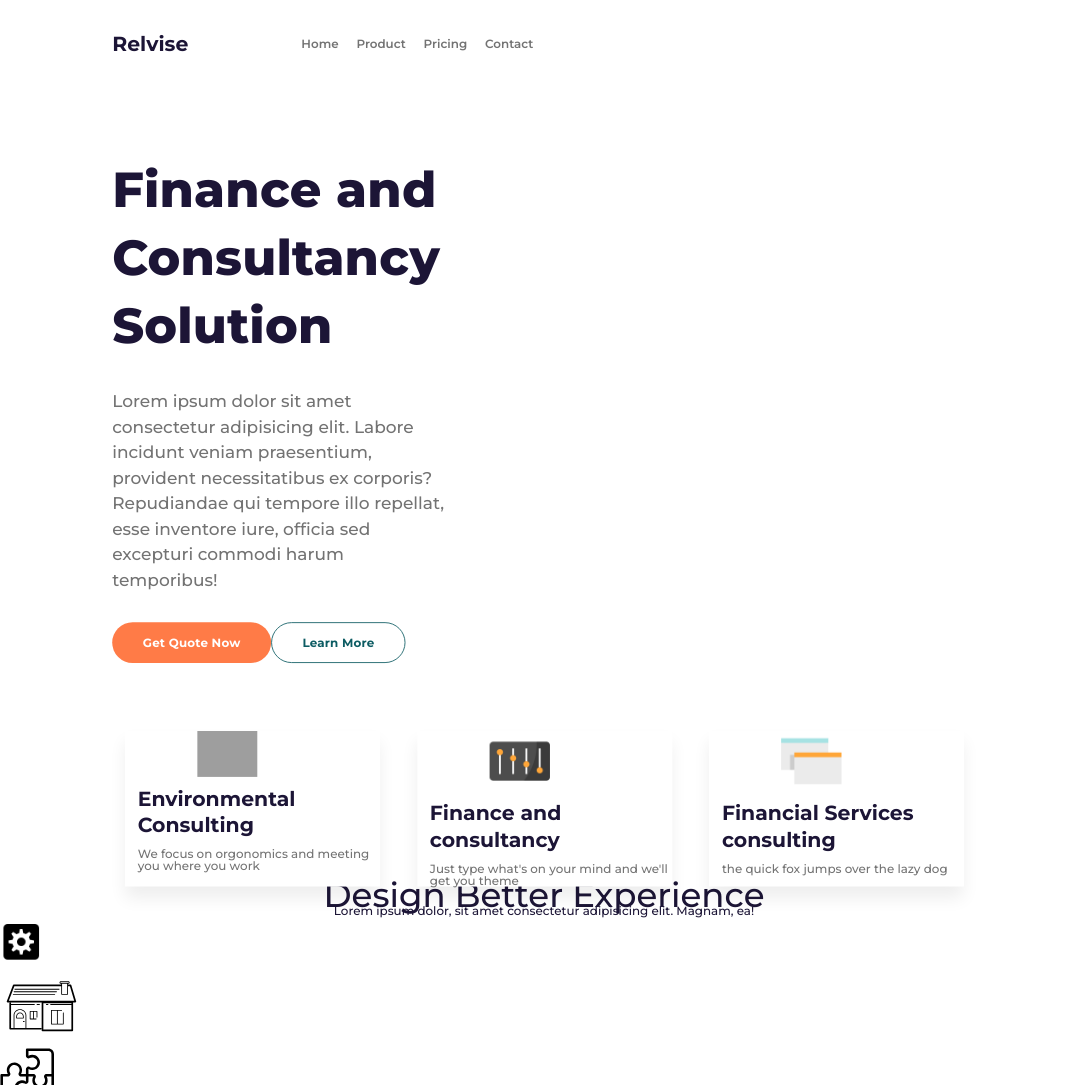
Repository: usalokiN/simple-project
Page: index.html
These files come from the project's save history. The page is drawn as it stood at one moment and after the next save; the edit follows.
The browser window is 1280 px wide. The pictures show the part of the page from y = 0 to 1277 px (the page is 1597 px tall), at 85% of full size.
Pictures or frames that could not be fetched are drawn as grey boxes. A picture or video elsewhere on the page could not be fetched, so the positions and the page height are approximate.

Above is the page before, as saved 2022-01-17 13:37:33.

### index.html
<!DOCTYPE html>
<html lang="en">

<head>
    <meta charset="UTF-8">
    <meta http-equiv="X-UA-Compatible" content="IE=edge">
    <meta name="viewport" content="width=device-width, initial-scale=1.0">
    <link rel="stylesheet" href="https://fonts.googleapis.com/css?family=Montserrat:regular,500,600,700,800&display=swap">
    <link rel="stylesheet" href="css/style.css">
    <meta author="NikoDyachenko">
    <title>Simple project</title>


</head>

<body>
    <div class="wrapper">
        <header class="header">
            <div class="header__container _container">
                <a href="" class="header__logo">
                    Relvise
                </a>
                <nav class="header__menu menu">
                    <ul class="menu__list">
                        <li class="menu__item">
                            <a href="" class="menu__link">Home</a>
                        </li>
                        <li class="menu__item">
                            <a href="" class="menu__link">Product</a>
                        </li>
                        <li class="menu__item">
                            <a href="" class="menu__link">Pricing</a>
                        </li>
                        <li class="menu__item">
                            <a href="" class="menu__link">Contact</a>
                        </li>
                    </ul>
                </nav>
            </div>
    </div>
    </header>
    <main class="page">
        <div class="page__main-block main-block">
            <div class="main-block_containter _container">
                <div class="main-block__body">
                    <h1 class="main-block__title">Finance and Consultancy Solution</h1>
                    <div class="main-block__text">Lorem ipsum dolor sit amet consectetur adipisicing elit. Labore incidunt veniam praesentium, provident necessitatibus ex corporis? Repudiandae qui tempore illo repellat, esse inventore iure, officia sed excepturi commodi harum temporibus!

                    </div>
                    <div class="main-block__buttons">
                        <a href="" class="main-block__button main-block__button_orange">Get Quote Now</a>
                        <a href="" class="main-block__button main-block__button_border">Learn More</a>

                    </div>
                </div>
            </div>
        </div>
        <div class="main-block__image">
            <!-- <img src="" alt="cover"> -->
        </div>
        <section class="page__services services">
            <div class="services__conateiner _container">
                <div class="services__body">
                    <div class="services__column">
                        <div class="services__item item-service">
                            <div class="item-service__icon"><img src="img/icon-block1.png" alt="Environmental Consulting"></div>
                            <div class="item-service__title">Environmental Consulting</div>
                            <div class="item-service__text">We focus on orgonomics and meeting you where you work</div>

                        </div>
                    </div>
                    <div class="services__column">
                        <div class="services__item item-service">
                            <div class="item-service__icon"><img src="img/icon-block2.png" alt="Environmental Consulting"></div>
                            <div class="item-service__title">Finance and consultancy</div>
                            <div class="item-service__text">Just type what's on your mind and we'll get you theme</div>

                        </div>
                    </div>
                    <div class="services__column">
                        <div class="services__item item-service item-service__third-block">
                            <div class="item-service__icon"><img src="img/icon-block3.png" alt="Environmental Consulting"></div>
                            <div class="item-service__title">Financial Services consulting</div>
                            <div class="item-service__text">the quick fox jumps over the lazy dog</div>

                        </div>
                    </div>
                </div>
            </div>
        </section>
        <section class="page__advantages advantages">
            <div class="advantages__container _container">
                <div class="advantages__header header-block">
                    <h2 class="header-block__title">Design Better Experience</h2>
                    <div class="header-block__sub-title">Lorem ipsum dolor, sit amet consectetur adipisicing elit. Magnam, ea!</div>

                </div>
            </div>
            <div class="advantages__body">
                <div class="advantages__column">
                    <div class="advantages__item">
                        <div class="advatages__icon"><img src="img/icons8-автоматический-50.png" alt=""></div>
                        <div class="advatages__value"></div>
                        <div class="advatages__text"></div>


                    </div>
                </div>
            </div>
            <div class="advantages__body">
                <div class="advantages__column">
                    <div class="advantages__item">
                        <div class="advatages__icon"><img src="img/icons8-главная.svg" alt=""></div>
                        <div class="advatages__value"></div>
                        <div class="advatages__text"></div>


                    </div>
                </div>
            </div>
            <div class="advantages__body">
                <div class="advantages__column">
                    <div class="advantages__item">
                        <div class="advatages__icon"><img src="img/icons8-головоломка.svg" alt=""></div>
                        <div class="advatages__value"></div>
                        <div class="advatages__text"></div>


                    </div>
                </div>
            </div>
            <div class="advantages__body">
                <div class="advantages__column">
                    <div class="advantages__item">
                        <div class="advatages__icon"><img src="img/icons8-звезда-50.png" alt=""></div>
                        <div class="advatages__value"></div>
                        <div class="advatages__text"></div>


                    </div>
                </div>
            </div>

        </section>
    </main>
    <footer class="footer "></footer>
    </div>
</body>

</html>

### css/style.css
                    *,
                     ::before,
                     ::after {
                        padding: 0;
                        margin: 0;
                        bottom: 0;
                        box-sizing: border-box;
                    }

                    a {
                        text-decoration: none;
                    }

                    ul,
                    ol,
                    li {
                        list-style: none;
                    }

                    img {
                        vertical-align: top;
                    }

                    h1,
                    h2,
                    h3,
                    h4,
                    h5,
                    h6 {
                        font-weight: inherit;
                        font-style: inherit;
                    }

                    html,
                    body {
                        height: 100%;
                        line-height: 1;
                        font-size: 14px;
                        font-weight: 500;
                        color: rgb(28, 21, 54);
                        font-family: Montserrat;
                    }

                    .wrapper {
                        /* max-height: 100%; */
                        overflow: hidden;
                    }
                    /* ================================================================================== */

                    ._container {
                        max-width: 1046px;
                        margin: 0px auto;
                        padding: 0 15px;
                    }

                    ._ibg {
                        position: relative;
                    }

                    .ibg img {
                        position: absolute;
                        width: 100%;
                        height: 100%;
                        top: 0;
                        left: 0;
                        object-fit: cover;
                    }
                    /* ----------------------------------------HEADER------------------------------------------------------- */

                    .header-block {
                        text-align: center;
                        line-height: 142%;
                    }

                    .header-block__title {
                        font-size: 40px;
                    }

                    .header {
                        position: absolute;
                        width: 100%;
                        left: 0;
                        top: 0;
                        z-index: 50;
                    }

                    .header__container {
                        display: flex;
                        min-height: 104px;
                        align-items: center;
                    }

                    @media (max-width: 479px) {
                        .header__container {
                            min-height: 85px;
                        }
                    }

                    ._container {}

                    .header__logo {
                        font-size: 24px;
                        font-weight: 700;
                        color: inherit;
                    }

                    .header__menu {
                        margin: 0 0 0 133px;
                    }

                    @media (max-width: 992px) {
                        .header__menu {
                            margin: 0 0 0 80px;
                        }
                    }

                    @media (max-width: 762px) {
                        .header__menu {
                            margin: 0 0 0 40px;
                        }
                    }

                    @media (max-width: 479px) {
                        .header__menu {
                            margin: 0 0 0 20px;
                        }
                    }

                    .menu {
                        padding: 5px 0;
                    }

                    .menu__list {
                        display: flex;
                        flex-wrap: wrap;
                    }

                    .menu__item {}

                    .menu__item:not(:last-child) {
                        margin: 0 21px 0 0px;
                        /* Отступы у каждого кроме последнего элемента */
                    }

                    .menu__link {
                        color: #737373;
                        font-weight: 600;
                        line-height: calc(24/14 * 100%);
                        /*171% - процет отступа. Формула расчета при 14px шрифта*/
                    }

                    @media (max-width: 479) {
                        .menu__link {
                            font-size: 18px;
                        }
                    }
                    /* MAIN */

                    .page {
                        flex: 1 1 auto;
                    }
                    /* FOOTER */

                    .footer {}
                    /* MAIN-BLOCK */

                    .page__main-block {}

                    .main-block {
                        position: relative;
                        ;
                    }

                    .main-block_containter {}

                    ._container {}

                    .main-block__body {
                        padding: 184px 0px 191px 0px;
                        position: relative;
                        z-index: 2;
                        max-width: 400px;
                    }

                    .main-block__body>*:not(:last-child) {
                        margin: 0 0 35px 0;
                    }

                    .main-block__title {
                        font-size: 58px;
                        line-height: 137%;
                        font-weight: 800;
                        letter-spacing: 0.2px;
                    }

                    @media (max-width:497px) {
                        .main-block__title {
                            font-size: 42px;
                        }
                    }

                    .main-block__text {
                        color: #737373;
                        font-size: 20px;
                        line-height: 1.5;
                    }

                    .main-block__buttons {
                        display: inline-flex;
                        flex-wrap: wrap;
                        margin: -10px 0;
                    }

                    .main-block__button {
                        border-radius: 37px;
                        display: flex;
                        min-height: 48px;
                        justify-content: center;
                        align-items: center;
                        letter-spacing: 0.2px;
                        font-weight: 700;
                        line-height: 150%;
                        padding: 5px 36px;
                        text-align: center;
                        margin: 10px 0;
                    }

                    @media(max-width:479px) {
                        .main-block__button:not(:last-child) {
                            margin-right: 10px;
                        }
                    }

                    .main-block__button_orange {
                        background: #ff7b47;
                        color: #fff;
                    }

                    .main-block__button_border {
                        color: #0d5c63;
                        border: 1px solid #0d5c63;
                    }

                    .main-block__image {
                        position: absolute;
                        width: 100%;
                        height: 100%;
                        top: 0;
                        left: 0;
                    }

                    @media (max-width:1300px) {
                        .main-block__image img {
                            object-fit: right;
                        }
                    }

                    @media (max-width:992px) {
                        .main-block__image {
                            opacity: 0.5;
                        }
                    }
                    /* =================BLOCKS======================================= */

                    .page__services {
                        /* display: flex; */
                        margin: -111px 0 0 0;
                        position: relative;
                        z-index: 2;
                    }

                    .services {}

                    .services__conateiner {}

                    ._container {}

                    .services__body {}

                    @media(min-width:670px) {
                        .services__body {
                            display: flex;
                            margin: 0 -15px;
                            flex-wrap: wrap;
                            margin: 0 -15px -30px 0;
                        }
                    }

                    .services__column {
                        padding: 0 15px;
                        flex: 0 1 33.333%;
                        margin: 0 0 30px 0;
                    }

                    @media (min-width:670px) {
                        .services__column {}
                    }

                    @media (max-width:992px) {
                        .services__column {
                            flex: 0 1 50%;
                        }
                    }

                    .services__item {
                        box-shadow: 0 13px 19px rgb(0, 0, 0, 0.07);
                        background-color: white;
                        padding: 0 0 0 15px;
                        height: 100%;
                        width: 300px;
                    }

                    .services__item>*:not(:last-child) {
                        margin: 0 0 10px 0;
                    }

                    .item-service .item-service {}

                    .item-service__icon {
                        padding: 0 0 0 70px;
                    }

                    .item-service__icon img {
                        width: 33%;
                    }

                    .item-service__title {
                        font-weight: 700;
                        font-size: 24px;
                        line-height: 133%;
                    }

                    .item-service__text {
                        color: #737373;
                    }

                    .item-service__third-block {
                        /* background-color: #68e6f1; */
                    }
                    /* ----------------------------------------------------------------------- */

                    .page__advantages {}

                    .advantages {}

                    .advantages__container {}

                    ._container {}

                    .advantages__header {}

                    .header-block__sub-title {}

                    .advantages__body {}

                    .advantages__column {}

                    .advantages__item {}

                    .advatages__icon {}

                    .advatages__value {}

                    .advatages__text {}

After the next save:
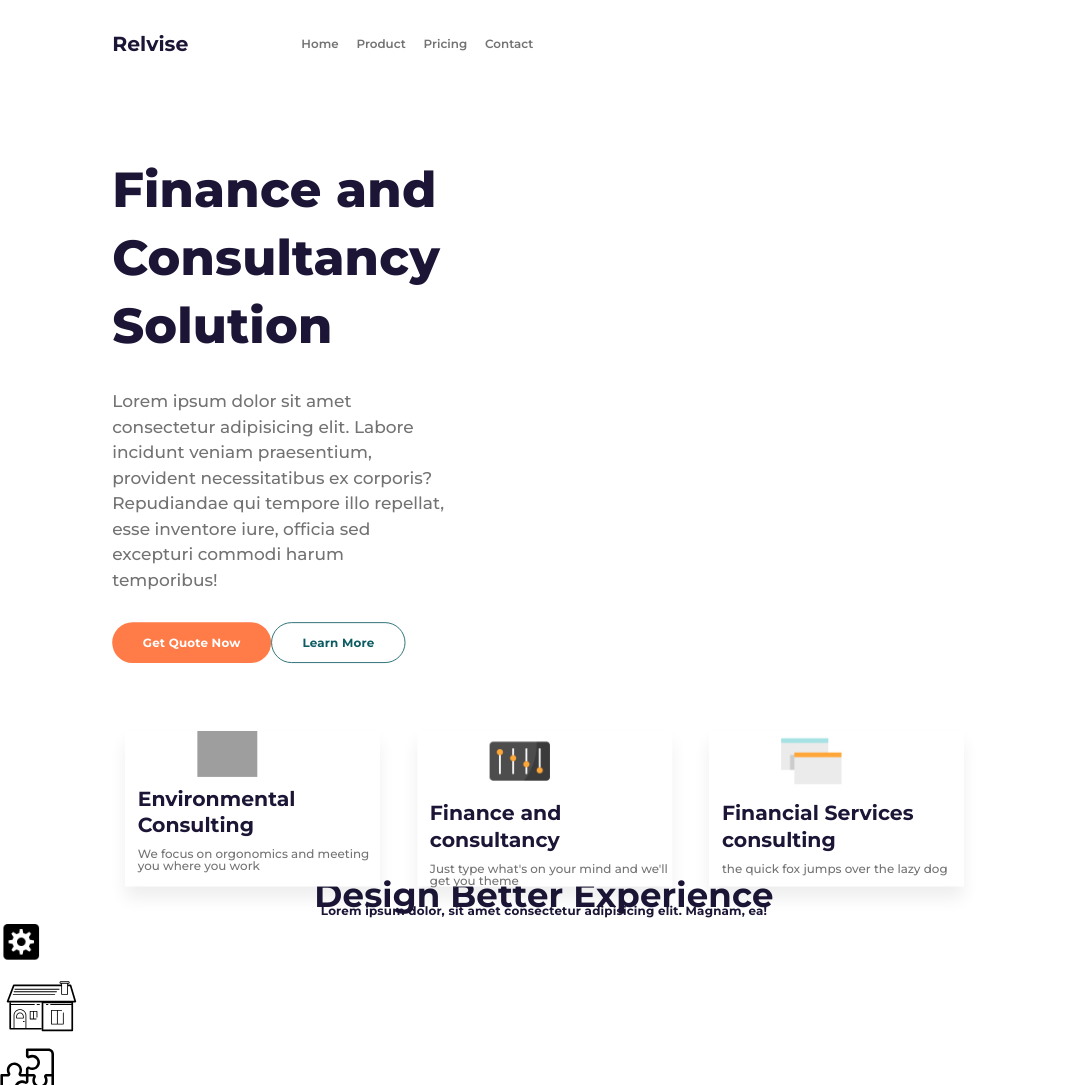
Saved 27 s later.
--- a/css/style.css
+++ b/css/style.css
@@ -70,6 +70,8 @@
                     .header-block {
                         text-align: center;
                         line-height: 142%;
+                        letter-spacing: 0.2px;
+                        font-weight: 700;
                     }
 
                     .header-block__title {
